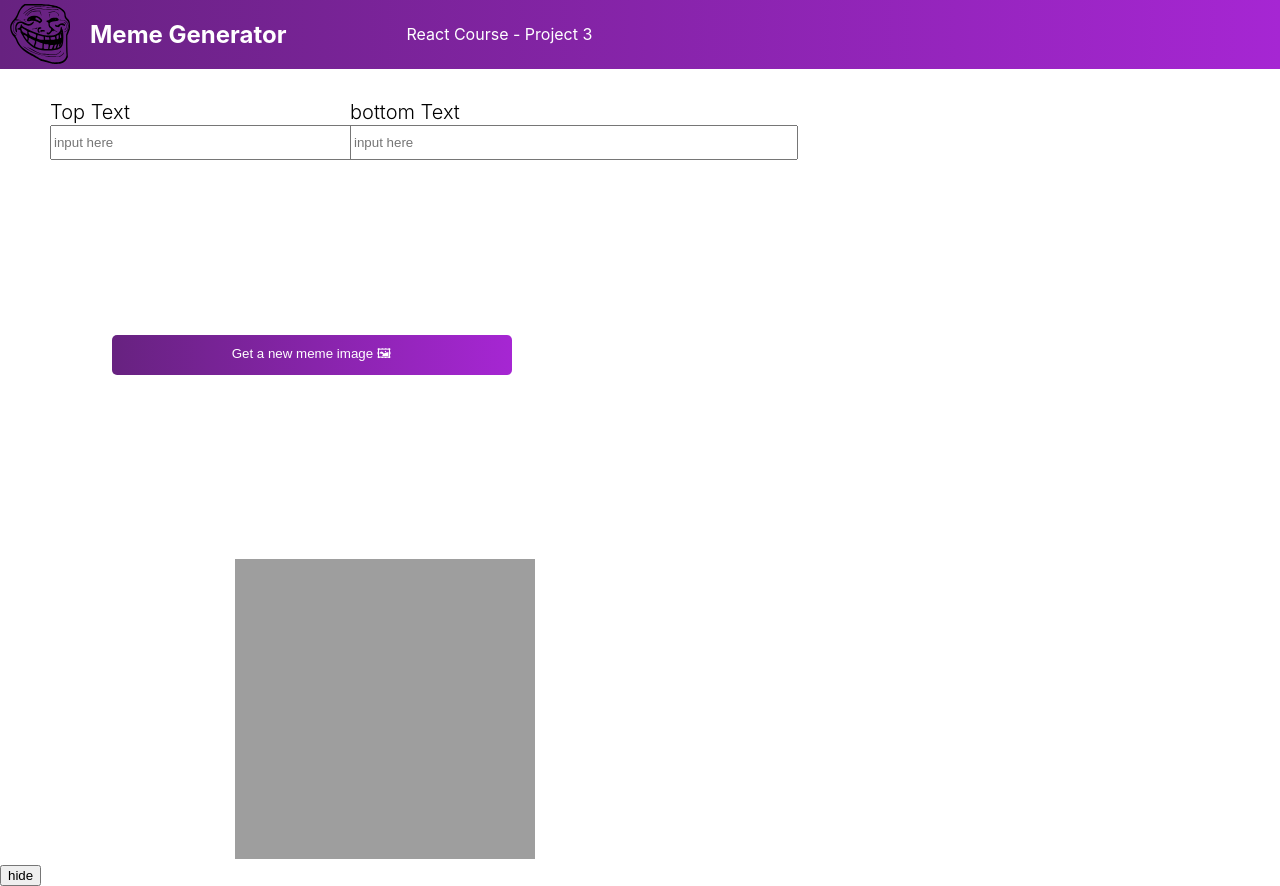
Repository: mortiestmorty1/meme-generator-react
Page: /
The author's editor kept a copy of each file at every save. The page is drawn from the files as they stood at one save, then again after the next save.
The browser window is 1280 px wide. The pictures show the whole page.
Pictures or frames that could not be fetched are drawn as grey boxes. The project was rebuilt for these pictures with package versions that can differ from the ones it lists, and the page was loaded fresh each time. Also part of the build but not shown: src/components/box.js.

Above is the page before, as saved 2024-01-20 16:50:40.

After the next save:
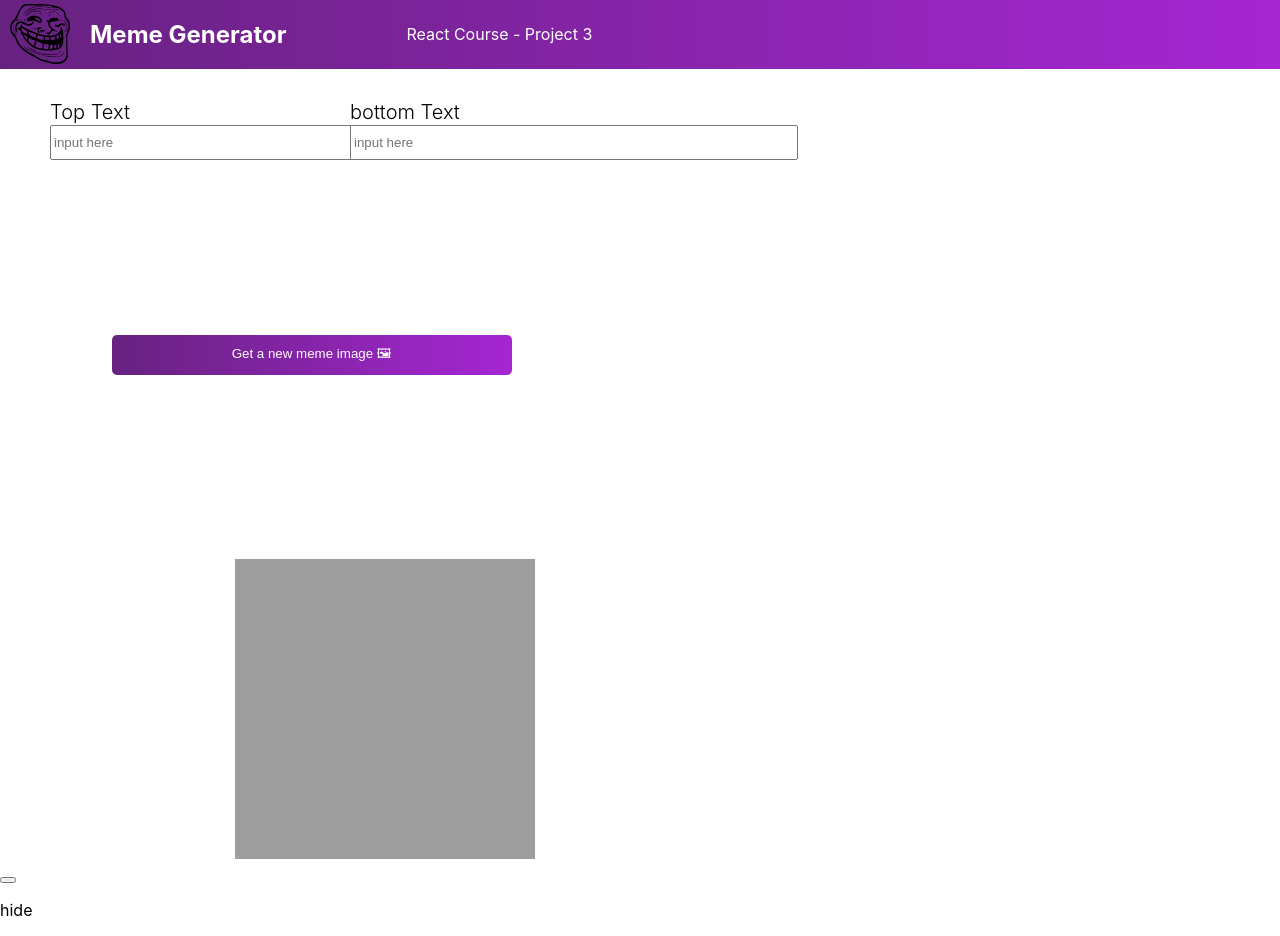
Saved 94 s later.
--- a/src/App.js
+++ b/src/App.js
@@ -19,7 +19,8 @@ function toggle(){
     <div className="App">
       <Navbar />
       <Inputs />
-      <button onClick={toggle}>{display}</button>
+      <button onClick={toggle}></button>
+      <p>{display}</p>
     </div>
   );
 }
